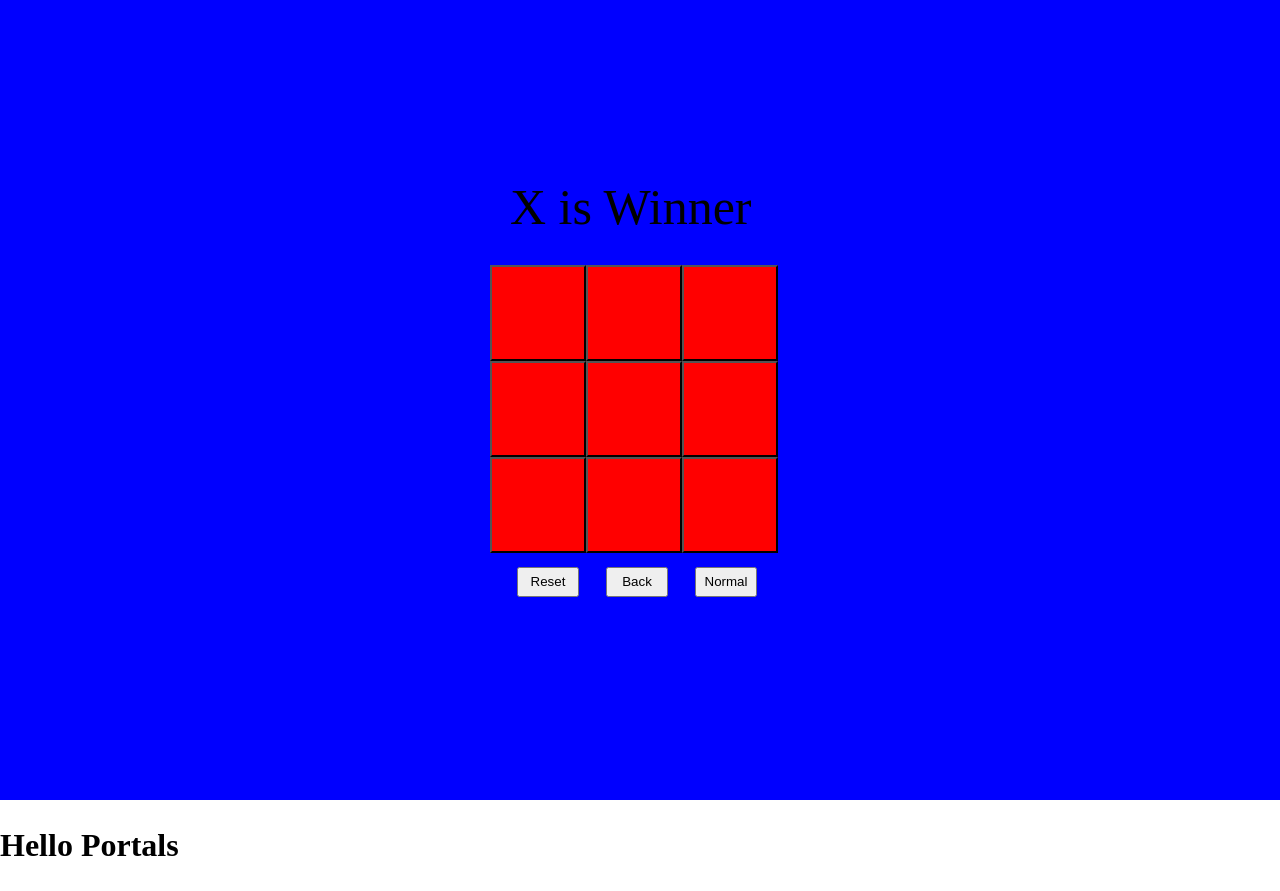
Repository: Mush-s/Folio-OX
Page: /game
The author's editor kept a copy of each file at every save. The page is drawn from the files as they stood at one save, then again after the next save.
The browser window is 1280 px wide. The pictures show the whole page.
The project was rebuilt for these pictures with package versions that can differ from the ones it lists, and the page was loaded fresh each time. Also part of the build but not shown: src/Start/Start.css, src/Start/Start.js.

Above is the page before, as saved 2022-09-02 17:13:25.

After the next save:
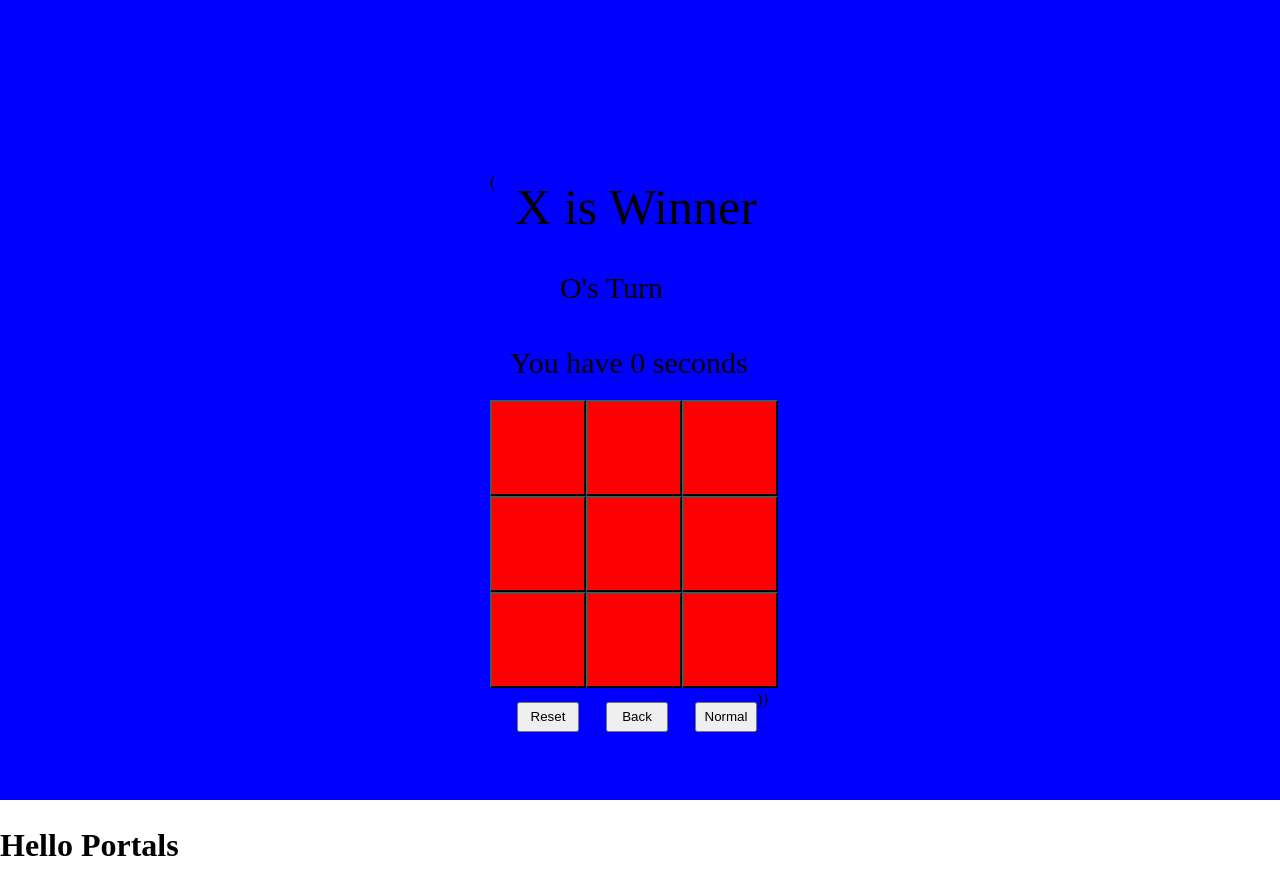
Saved 50 s later.
--- a/src/TicTacToe/Game/Game.js
+++ b/src/TicTacToe/Game/Game.js
@@ -157,9 +157,9 @@ const Game = () => {
   };
   return (
     <div className="game">
-      <div className="result">{result}</div>
-      {!gameOver && <div className="turn">{player}'s Turn</div>}
-      {!gameOver && <p className="timer">You have {time} seconds</p>}
+      (<div className="result">{result}</div>
+      <div className="turn">{player}'s Turn</div>
+      <p className="timer">You have {time} seconds</p>
       {cellValues.map((value, index) => (
         <Cell key={index} value={value} onClick={() => clickHandler(index)} />
       ))}
@@ -169,6 +169,7 @@ const Game = () => {
         onBack={backHandler}
         onChange={ChangeHandler}
       />
+      )}
       {gameOver && <Test />}
     </div>
   );
